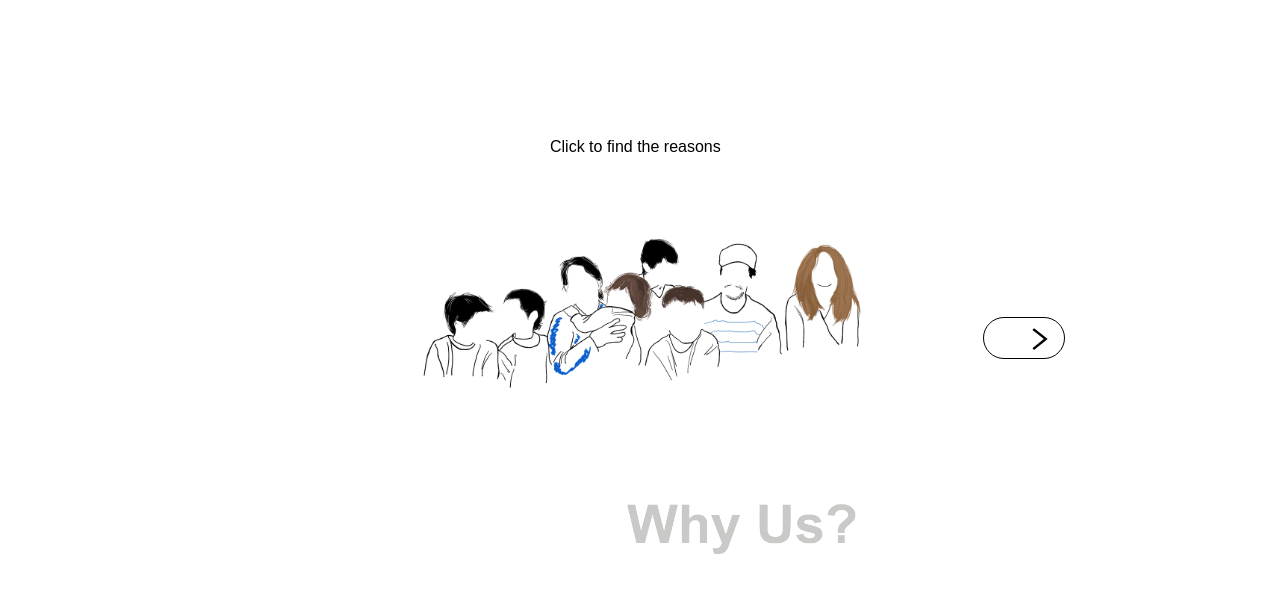
Repository: Lettie123/webpr4
Page: dis.html
The author's editor kept a copy of each file at every save. The page is drawn from the files as they stood at one save, then again after the next save.
The browser window is 1280 px wide. The pictures show the whole page.

Above is the page before, as saved 2020-12-03 12:40:06.

### dis.html
<html>
    <head>
        <meta charset="UTF-8">
        <meta name="viewport" content="width=device-width,initial-scale=1" />
        <meta name="viewport" content="width=device-width,initial-scale=1.0,maximum-scale=1.0,user-scalable=no">
        <link rel="stylesheet" type="text/css" href="style07.css">

<body>
    <div id="txt0">
        <div id="t1" style= "position:absolute; top: 0%; left: 0%;">
        <h1 style="font-size:100%; font-weight: normal; line-height: 24px;">
            Click to find the reasons
        </h1>
        </div>
    </div>
        <div id="whyusfm" style="width:35%; position:absolute; top:27%; left:0%;">
        <span>
            <img src="po/28.png" style="width:100% ;" >
        </span>
        </div>
        <div id="whyus"style="width:18%; position:absolute; top:69%; left:49%;">
            <span>
                <img src="txt/whyus0.png" style="width:100% ;" >
            </span>
        </div>

    <div id="chatb" style="display: none;">
        <img src="reason/cbox.png" style="width:100%;height:100%; position:absolute; top:14%; left:0%;">
    </div>
    <div id="begain" onclick="change0()" >
        <img src="pepic/begain.png" style="width:20%; position: absolute; top:23%; left:60%;">
    </div>


    <div id="block" style="display: none;">
    </div>
    <div id="block3">

    </div>

        <div id="ren" style="display: none;">
        <img src="pepic/ren.png" style="width:22% ;position:absolute; top:29%; left:49%;" >
        </div>

        <div id="block2" style="display:none;">
            <div id="txta1" style="position:absolute; top:5%; left:4%; width:260px;">
            <h1 style="font-size:14px; font-style: italic; font-weight:normal; line-height: 20px; ">
                “Europe’s Roma minorities, long victims of discrimination and persecution, are typically the most vulnerable group to statelessness in the region.”
            </h1>
            </div>
        </div>

        <div id="r01" style="display: none;">
        <img src="pepic/R.png" style="width:17% ;position:absolute; top:29%; left:61%;" >
        </div>
        <div id="r02" style="display: none;">
            <img src="pepic/oma.png" style="width:17% ;position:absolute; top:29%; left:62%;" >
        </div>

        <div id="r01b" style="display: none;">
            <img src="pepic/R.png" style="width:17% ;position:absolute; top:29%; left:61%;" >
            </div>
            <div id="r02b" style="display: none;">
                <img src="pepic/oma.png" style="width:17% ;position:absolute; top:29%; left:62%;" >
        </div>


    <div id="TXT">
    <div id="txt1" style="font-size:16px; font-weight: normal; line-height: 24px; position:absolute; top:27%; left:2%; display:none;">
        <h1 style="font-size:16px; font-weight: normal; line-height: 24px; ">
            We are from the Roma community, which is also called Gypsies. All of our family members are stateless.
        </h1>
    </div>
    <div id="txt2" style="font-size:16px; font-weight: normal; line-height: 24px; position:absolute; top:20%; left:2%; display:none;">
        <h1 style="font-size:16px; font-weight: normal; line-height: 24px;">
            There are a lot of reasons for Romanies to be stateless. We cannot go anywhere; we do not have any documents.
        </h1>
    </div>
    <div id="txt3" style="font-size:16px; font-weight: normal; line-height: 24px; position:absolute; top:20%; left:2%; display:none;">
        <h1 style="font-size:16px; font-weight: normal; line-height: 24px;">
            Roma is the largest stateless minority in Macedonian. And we are not the only minority group who remain stateless in the world.
        </h1>
    </div>
    </div>

    <div id="word" style="display: none;">
    <div id="ra">
        <h1 style="font-size:32px; font-weight: normal; line-height: 24px; color: #ffffff;
        position:absolute; top:30%; left:55%">Racism</h1>
    </div>
    <div id="rb">
        <h1 style="font-size:32px; font-weight: normal; line-height: 24px; color: #ffffff;
        position:absolute; top:42%; left:65%">Discrimination</h1>
    </div>
    <div id="rc">
        <h1 style="font-size:32px; font-weight: normal; line-height: 24px; color: #ffffff;
        position:absolute; top:34%; left:80%">War</h1>
    </div>
    <div id="rd">
        <h1 style="font-size:24px; font-weight: normal; line-height: 24px; color: #828181;
        position:absolute; top:42%; left:55%">History</h1>
    </div>
    <div id="re">
        <h1 style="font-size:24px; font-weight: normal; line-height: 24px; color: #828181;
        position:absolute; top:39%; left:75%">State Dissolution</h1>
    </div>
    <div id="rf">
        <h1 style="font-size:24px; font-weight: normal; line-height: 24px; color: #828181;
        position:absolute; top:36%; left:60%">National laws</h1>
    </div>
    <div id="rg">
        <h1 style="font-size:24px; font-weight: normal; line-height: 24px; color: #828181;
        position:absolute; top:29%; left:66%">Lack Document</h1>
    </div>
    <div id="rh">
        <h1 style="font-size:24px; font-weight: normal; line-height: 24px; color: #828181;
        position:absolute; top:26%; left:50%">Language</h1>
    </div>
    <div id="ri">
        <h1 style="font-size:32px; font-weight: normal; line-height: 24px; color: #ffffff;
        position:absolute; top:24%; left:85%">...</h1>
    </div>
    </div>

    <div id="line1" style="display:none;"></div>
    <div id="why" onclick="change1()" style="display: none;">
        <div style="position: absolute; top:23%; left:22%; color:white; width: 260px;">
        Why?
        </div>
        <img src="img/down1.png" style="width:10%; position: absolute; top:38%; left:65%" >
    </div>

    <div id="others" onclick="change3()" style="display:none;">
        <div style="position: absolute; top:23%; left:21%; width:260px; color:white"> Others?</div>
        <img src="img/down1.png" style="width:10%; position: absolute; top:38%; left:65%;">
    </div>

    <style type="text/css">
        span{
        font-size: 30px;
        }
    </style>

    <div id="minority01" style="display:none;" >
        <div id="line02"></div>
        <h1 style="font-size:30px; font-weight:bold; line-height: 35px; color: #2a5ea3; position:absolute; top:34%; left:15%; ">
           Statelessness</br>
           &Minorities
        </h1>
        <h2 style="font-size:16px; font-weight:normal; line-height: 20px; color: #ffffff; position:absolute; top:47%; left:16%; text-align: justify; ">
            Minorities are especially vulnerable to statelessness.
        </h2>
        <h3 style="font-size:16px; font-weight:normal; line-height: 20px; color: #ffffff; position:absolute; top:60%; left:15%; text-align: justify;  ">
            Minorities make up a large portion of the world’s stateless population. This is due in part to indirect discrimination: as marginalized communities, they are especially likely to struggle with lack of resources and limited access to official systems of registration
        </h3>
        <h4 style="font-size:16px; font-weight:normal; line-height: 20px; color: #ffffff; position:absolute; top:13%; left:15%; text-align: justify;  ">
            <span>Minorities are</span> disadvantaged ethnic, national, religious, linguistic or cultural groups who are smaller in number than the rest of the population
        </h4>

    </div>
    <div id="mpeople"  style="display:none;" >
        <img src="pepic/minority.png" style="width:45%;" >
    </div>

    <div id="line1b" style="display: none;"></div>

    <!-- <div id="next"   style="display:none;" onclick="change5()">
        <img src="pepic/next.png" style="width:70%;" >
    </div> -->
    <div id="next"   style="display:none;" onclick="change5()">
        <div style="position: absolute; top:18%; left:30%; width:260px; color:white"> Next?</div>
        <img src="img/down1.png" style="width:6%;position: absolute; top:32%; left:60% " >
    </div>

    <script>
        function change5(){
        window.location.href="st.html";
        }
        function change3(){
        document.getElementById("block2").style.display="none";
        document.getElementById("ren").style.display="none";
        document.getElementById("r01b").style.display="none";
        document.getElementById("others").style.display="none";
        document.getElementById("block").style.WebkitAnimationPlayState = "running";
        document.getElementById("block3").style.WebkitAnimationPlayState = "running";
        document.getElementById("minority01").style.display="block";
        document.getElementById("mpeople").style.display="block";
        document.getElementById("line1b").style.display="block";
        document.getElementById("next").style.display="block";
        }
        function change2(){
        document.getElementById("word").style.display="none";
        document.getElementById("txt2").style.display="none";
        document.getElementById("txt3").style.display="block";
        document.getElementById("line1").style.display="none";
        document.getElementById("r01").style.display="none";
        document.getElementById("r02").style.display="none";
        document.getElementById("r01b").style.display="block";
        document.getElementById("r02b").style.display="block";
        document.getElementById("ren").style.display="block";
        document.getElementById("block2").style.display="block";
        document.getElementById("why").style.display="none";
        document.getElementById("others").style.display="block";
        }
        function change1(){
        document.getElementById("line1").style.display="block";
        document.getElementById("txt1").style.display="none";
        document.getElementById("txt2").style.display="block";
        document.getElementById("r01").style.WebkitAnimationPlayState = "running";
        document.getElementById("r02").style.WebkitAnimationPlayState = "running";
        document.getElementById("word").style.display="block";
        document.getElementById("why").onclick=change2;
        }
        function change0(){
            document.getElementById("whyusfm").style.WebkitAnimationPlayState = "running";
            document.getElementById("block").style.display="block";
            document.getElementById("chatb").style.display="block";
            document.getElementById("whyus").style.display="none";
            document.getElementById("r01").style.display="block";
            document.getElementById("r02").style.display="block";
            document.getElementById("txt1").style.display="block";
            document.getElementById("txt0").style.display="none";
            document.getElementById("why").style.display="block";
        }
    </script>


</body>

### style07.css
body {
	overflow:scroll;
    overflow-y:hidden;
    overflow-x:hidden;
}
#block{
    height: 100%;
    width: 100%;
    background-color: black;
    top:0;
    left:40%;
    right:0;
	bottom:0;
    position: absolute;
}
#block{
    animation:block 1.2s;
    -webkit-animation:block 1.2s;
    animation-iteration-count:1;
    -webkit-animation-iteration-count:1;
    animation-fill-mode: forwards;
    -webkit-animation-fill-mode: forwards;
}
@keyframes block {
    0% {left:100%;}
	to {left:40%;}
}
#why{
	width: 150px;
    height: 40px;
    border-radius: 20px;
    background-color: black;
    border:1px solid black;
    position: absolute;
	left: 19%;
	top: 70%;
	transform: translate(-50%,-50%);
}
#why:hover {
    opacity: 0.3;
}
#why{
    animation:why 2s;
    -webkit-animation:why 2s;
    animation-iteration-count:1;
    -webkit-animation-iteration-count:1;
    animation-fill-mode: forwards;
    -webkit-animation-fill-mode: forwards;
}
@keyframes why {
    0% {top:120%;}
    70% {top:120%;}
	to {top:70%;}
}
#txt1{
    height:150px;
    width:420px;
    text-align: left;
	border-radius: 10px;
	position: absolute;
    font-family: Arial;
    color:black;
}
#txt1{
    animation:txt1 2s;
    -webkit-animation:txt1 2s;
    animation-iteration-count:1;
    -webkit-animation-iteration-count:1;
    animation-fill-mode: forwards;
    -webkit-animation-fill-mode: forwards;
}
@keyframes txt1 {
    0% {top:50%;opacity: 0;}
    70% {top:50%;opacity: 0;}
	to {top:25%;opacity: 1;}
}
#line1{
    height: 3px;
    width: 60%;
    top:38%;
    left:40%;
    right:0;
    bottom:0;
    background-color:#ffffff;
    position: absolute;
}
#line1{
    animation:line1 3s;
    -webkit-animation:line1 3s;
    animation-iteration-count:1;
    -webkit-animation-iteration-count:1;
    animation-fill-mode: forwards;
    -webkit-animation-fill-mode: forwards;
}
@keyframes line1 {
    0% {width: 0%; top:36%;}
    40%{width:60%; top:36%;}
    70% {top:36%; width:60%;}
	to {top:50%; width:60%;}
}
#r01{
    top:0%;
    left:0%;
    right:0;
    bottom:0;
    position: absolute;
}
#r02{
    top:0%;
    left:0%;
    right:0;
    bottom:0;
    position: absolute;
}
#r01b{
    top:0%;
    left:0%;
    right:0;
    bottom:0;
    position: absolute;
}
#r02b{
    top:0%;
    left:0%;
    right:0;
    bottom:0;
    position: absolute;
}
#r01{
    animation:r01 3s;
    -webkit-animation:r01 3s;
    animation-iteration-count:1;
    -webkit-animation-iteration-count:1;
    -webkit-animation-play-state:paused;
    animation-fill-mode: forwards;
    -webkit-animation-fill-mode: forwards;
}
@keyframes r01 {
    0% {top:0%;}
    70% {top:0%;}
	to {top:18%;}
}
#r02{
    animation:r02 3s;
    -webkit-animation:r02 3s;
    animation-iteration-count:1;
    -webkit-animation-iteration-count:1;
    -webkit-animation-play-state:paused;
    animation-fill-mode: forwards;
    -webkit-animation-fill-mode: forwards;
}
@keyframes r02 {
    0% {top:0%;}
    70% {top:0%;}
	to {top:18%;}
}
#txt2{
    height:150px;
    width:420px;
    text-align: left;
	border-radius: 10px;
	position: absolute;
    font-family: Arial;
    color:black;
}
#txt2{
    animation:txt2 1.2s;
    -webkit-animation:txt2 1.2s;
    animation-iteration-count:1;
    -webkit-animation-iteration-count:1;
    animation-fill-mode: forwards;
    -webkit-animation-fill-mode: forwards;
}
@keyframes txt2 {
	0% {top:32%;opacity: 0;}
	to {top:23%;opacity: 1;}
}
#ra{
    animation:ra 3s;
    -webkit-animation:ra 3s;
    animation-iteration-count:1;
    -webkit-animation-iteration-count:1;
    animation-fill-mode: forwards;
    -webkit-animation-fill-mode: forwards;
}
@keyframes ra {
    0% {opacity: 0;}
	70% {opacity: 0;}
	to {opacity: 1;}
}
#rb{
    animation:rb 3s;
    -webkit-animation:rb 3s;
    animation-iteration-count:1;
    -webkit-animation-iteration-count:1;
    animation-fill-mode: forwards;
    -webkit-animation-fill-mode: forwards;
}
@keyframes rb {
    0% {opacity: 0;}
	85% {opacity: 0;}
	to {opacity: 1;}
}
#rc{
    animation:rc 4s;
    -webkit-animation:rc 4s;
    animation-iteration-count:1;
    -webkit-animation-iteration-count:1;
    animation-fill-mode: forwards;
    -webkit-animation-fill-mode: forwards;
}
@keyframes rc {
    0% {opacity: 0;}
	70% {opacity: 0;}
	to {opacity: 1;}
}
#rd{
    animation:rd 4s;
    -webkit-animation:rd 4s;
    animation-iteration-count:1;
    -webkit-animation-iteration-count:1;
    animation-fill-mode: forwards;
    -webkit-animation-fill-mode: forwards;
}
@keyframes rd {
    0% {opacity: 0;}
	85% {opacity: 0;}
	to {opacity: 1;}
}
#re{
    animation:re 5s;
    -webkit-animation:re 5s;
    animation-iteration-count:1;
    -webkit-animation-iteration-count:1;
    animation-fill-mode: forwards;
    -webkit-animation-fill-mode: forwards;
}
@keyframes re {
    0% {opacity: 0;}
	70% {opacity: 0;}
	to {opacity: 1;}
}
#rf{
    animation:rf 5s;
    -webkit-animation:rf 5s;
    animation-iteration-count:1;
    -webkit-animation-iteration-count:1;
    animation-fill-mode: forwards;
    -webkit-animation-fill-mode: forwards;
}
@keyframes rf {
    0% {opacity: 0;}
	85% {opacity: 0;}
	to {opacity: 1;}
}
#rg{
    animation:rg 6s;
    -webkit-animation:rg 6s;
    animation-iteration-count:1;
    -webkit-animation-iteration-count:1;
    animation-fill-mode: forwards;
    -webkit-animation-fill-mode: forwards;
}
@keyframes rg {
    0% {opacity: 0;}
	70% {opacity: 0;}
	to {opacity: 1;}
}
#rh{
    animation:rh 6s;
    -webkit-animation:rh 6s;
    animation-iteration-count:1;
    -webkit-animation-iteration-count:1;
    animation-fill-mode: forwards;
    -webkit-animation-fill-mode: forwards;
}
@keyframes rh {
    0% {opacity: 0;}
	85% {opacity: 0;}
	to {opacity: 1;}
}
#ri{
    animation:ri 6s;
    -webkit-animation:ri 6s;
    animation-iteration-count:1;
    -webkit-animation-iteration-count:1;
    animation-fill-mode: forwards;
    -webkit-animation-fill-mode: forwards;
}
@keyframes ri {
    0% {opacity: 0;}
	85% {opacity: 0;}
	to {opacity: 1;}
}
#txt3{
    height:150px;
    width:420px;
    text-align: left;
	border-radius: 10px;
	position: absolute;
    font-family: Arial;
    color:black;
}
#txt3{
    animation:txt3 1.2s;
    -webkit-animation:txt3 1.2s;
    animation-iteration-count:1;
    -webkit-animation-iteration-count:1;
    animation-fill-mode: forwards;
    -webkit-animation-fill-mode: forwards;
}
@keyframes txt3 {
	0% {top:32%;opacity: 0;}
	to {top:22%;opacity: 1;}
}
#r01b{
    animation:r01b 3s;
    -webkit-animation:r01b 3s;
    animation-iteration-count:1;
    -webkit-animation-iteration-count:1;
    animation-fill-mode: forwards;
    -webkit-animation-fill-mode: forwards;
}
@keyframes r01b {
    0% {top:18%;}
    50% {top:0%;}
	to {top:0%;}
}
#r02b{
    animation:r02b 3s;
    -webkit-animation:r02b 3s;
    animation-iteration-count:1;
    -webkit-animation-iteration-count:1;
    animation-fill-mode: forwards;
    -webkit-animation-fill-mode: forwards;
}
@keyframes r02b {
    0% {top:18%; opacity: 1;}
    50% {top:0%;opacity: 1;}
	to {top:0%;opacity: 0;}
}
#ren{
    animation:ren 3s;
    -webkit-animation:ren 3s;
    animation-iteration-count:1;
    -webkit-animation-iteration-count:1;
    animation-fill-mode: forwards;
    -webkit-animation-fill-mode: forwards;
}
@keyframes ren {
    0% {opacity: 0;}
    70% {opacity: 0;}
	to {opacity: 0.7;}
}
#block2{
	text-align: justify;
	background-color:rgba(255, 255, 255, 0.1);
	width: 290px;
    height: 120px;
	position: absolute;
	left: 82%;
    top: 46%;
    font-family: Arial;
    color:white;
	transform: translate(-50%,-50%);
}
#block2{
    animation:block2 4s;
    -webkit-animation:block2 4s;
    animation-iteration-count:1;
    -webkit-animation-iteration-count:1;
    animation-fill-mode: forwards;
    -webkit-animation-fill-mode: forwards;
}
@keyframes block2 {
    0% {left:90%;opacity: 0;}
    80% {left:90%;opacity: 0;}
	to {left:83%;opacity: 1;}
}
#others{
	width: 150px;
    height: 40px;
    border-radius: 20px;
    background-color: black;
    position: absolute;
	left: 19%;
	top: 70%;
	transform: translate(-50%,-50%);
}
#others:hover {
    opacity: 0.3;
}
#block3{
    height: 100%;
    width: 30%;
    background-color: #131313;
    top:0;
    left:100%;
    right:0;
	bottom:0;
    position: absolute;
}
#block3{
    animation:block3 1.2s;
    -webkit-animation:block3 1.2s;
    -webkit-animation-play-state:paused;
    animation-iteration-count:1;
    -webkit-animation-iteration-count:1;
    animation-fill-mode: forwards;
    -webkit-animation-fill-mode: forwards;
}
@keyframes block3 {
    0% {left:100%;}
	to {left:70%;}
}
#line02{
    height: 140px;
    width: 3px;
    top:35%;
    left:13%;
    right:0;
    bottom:0;
    background-color:#2a5ea3;
    position: absolute;
}
#minority01{
    animation:minority01 4s;
    -webkit-animation:minority01 4s;
    animation-iteration-count:1;
    -webkit-animation-iteration-count:1;
    animation-fill-mode: forwards;
    -webkit-animation-fill-mode: forwards;
}
@keyframes minority01 {
    0% {top:140%;}
    50% {top:140%;}
	to {top:45%;}
}
#minority01{
	width: 25%;
    height: 90%;
    position: absolute;
	left: 83%;
	top: 50%;
	transform: translate(-50%,-50%);
}
#mpeople{
	width: 100%;
    position: absolute;
	left: 60%;
	top: 48%;
	transform: translate(-50%,-50%);
}
#line1b{
    height: 3px;
    width: 23%;
    top:17%;
    left:50%;
    right:0;
    bottom:0;
    background-color:#2a5ea3;
    position: absolute;
}
#line1b{
    animation:line1b 4s;
    -webkit-animation:line1b 4s;
    animation-iteration-count:1;
    -webkit-animation-iteration-count:1;
    animation-fill-mode: forwards;
    -webkit-animation-fill-mode: forwards;
}
@keyframes line1b {
    0% {width: 0%;}
    80% {width: 0%;}
	to {width: 23%;}
}
#mpeople{
    animation:mpeople 3s;
    -webkit-animation:mpeople 3s;
    animation-iteration-count:1;
    -webkit-animation-iteration-count:1;
    animation-fill-mode: forwards;
    -webkit-animation-fill-mode: forwards;
}
@keyframes mpeople {
    0% {opacity: 0;}
    30% {opacity: 0;}
	to {opacity:1;}
}
#next{
    width: 20%;
    height: 5%;
    border-radius: 20px;
    border:1px solid white;
    position: absolute;
	left: 85%;
	top: 70%;
	transform: translate(-50%,-50%);
}
#next:hover {
    opacity: 0.3;
}
#next{
    animation:next 4s;
    -webkit-animation:next 4s;
    animation-iteration-count:1;
    -webkit-animation-iteration-count:1;
    animation-fill-mode: forwards;
    -webkit-animation-fill-mode: forwards;
}
@keyframes next {
    0% {top:120%;}
    70% {top:120%;}
	to {top:90%;}
}
#chatb{
    width: 430px;
    height: 120px;
    position: absolute;
	left: 20%;
	top: 20%;
	transform: translate(-50%,-50%);
}
#TXT{
	width: 430px;
    height: 120px;
    position: absolute;
	left: 20%;
	top: 20%;
	transform: translate(-50%,-50%);
}
#whyusfm{
    animation:whyusfm 1.2s;
    -webkit-animation:whyusfm 1.2s;
    -webkit-animation-play-state:paused;
    animation-iteration-count:1;
    -webkit-animation-iteration-count:1;
    animation-fill-mode: forwards;
    -webkit-animation-fill-mode: forwards;
}
@keyframes whyusfm {
    0% {left:33%;}
	to {left:9%;}
}
#begain{
	width: 80px;
    height: 40px;
    border:1px solid black;
    border-radius: 30px;
    position: absolute;
	left: 80%;
	top: 47%;
	transform: translate(-50%,-50%);
}
  #begain:hover {
  opacity: 0.3;
}
#txt0{
    height:40px;
    width:180px;
    left:50%;
    top:20%;
    text-align: center;
	position: absolute;
    font-family: Arial;
    color:black;
    transform: translate(-50%,-50%);
}
#r01{
    animation:r01  2s;
    -webkit-animation:r01  2s;
    animation-iteration-count:1;
    -webkit-animation-iteration-count:1;
    animation-fill-mode: forwards;
    -webkit-animation-fill-mode: forwards;
}
@keyframes r01 {
    0% {opacity: 0;}
    50% {opacity: 0;}
	to {opacity: 1;}
}
#r02{
    animation:r02  2s;
    -webkit-animation:r02  2s;
    animation-iteration-count:1;
    -webkit-animation-iteration-count:1;
    animation-fill-mode: forwards;
    -webkit-animation-fill-mode: forwards;
}
@keyframes r02 {
    0% {opacity: 0;}
    50% {opacity: 0;}
	to {opacity: 1;}
}
#chatb{
    animation:chatb 2s;
    -webkit-animation:chatb 2s;
    animation-iteration-count:1;
    -webkit-animation-iteration-count:1;
    animation-fill-mode: forwards;
    -webkit-animation-fill-mode: forwards;
}
@keyframes chatb {
    0% {opacity: 0;}
    50% {opacity: 0;}
	to {opacity:1;}
}

After the next save:
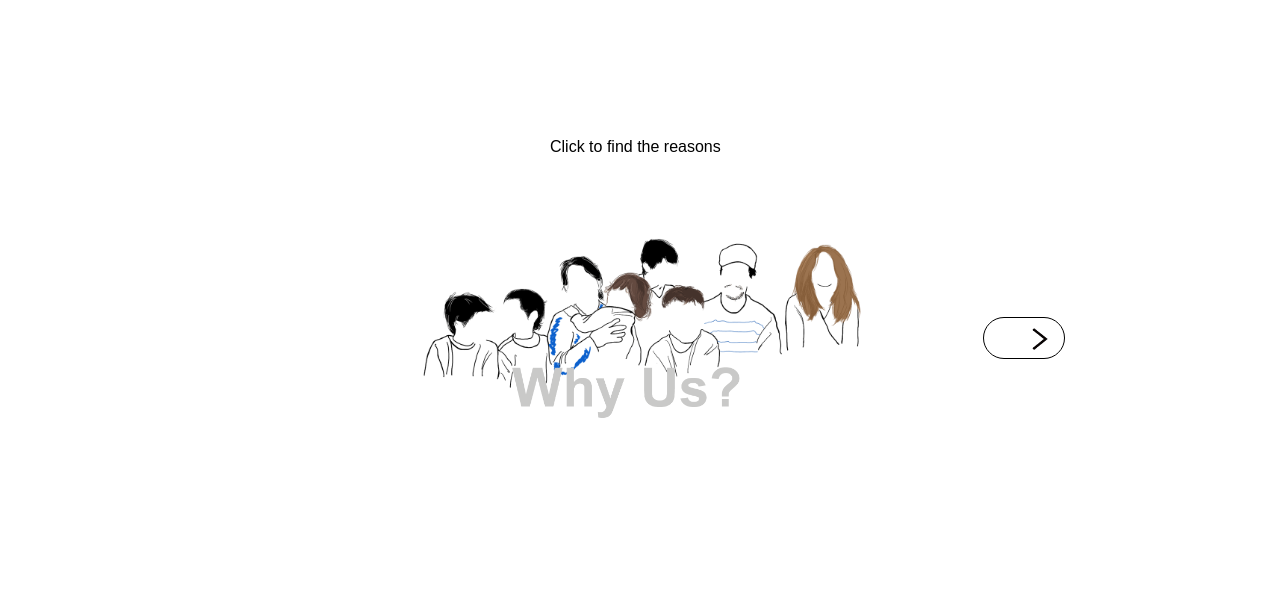
Saved 41 s later.
--- a/dis.html
+++ b/dis.html
@@ -18,7 +18,7 @@
             <img src="po/28.png" style="width:100% ;" >
         </span>
         </div>
-        <div id="whyus"style="width:18%; position:absolute; top:69%; left:49%;">
+        <div id="whyus"style="width:18%; position:absolute; top:50%; left:40%;">
             <span>
                 <img src="txt/whyus0.png" style="width:100% ;" >
             </span>
